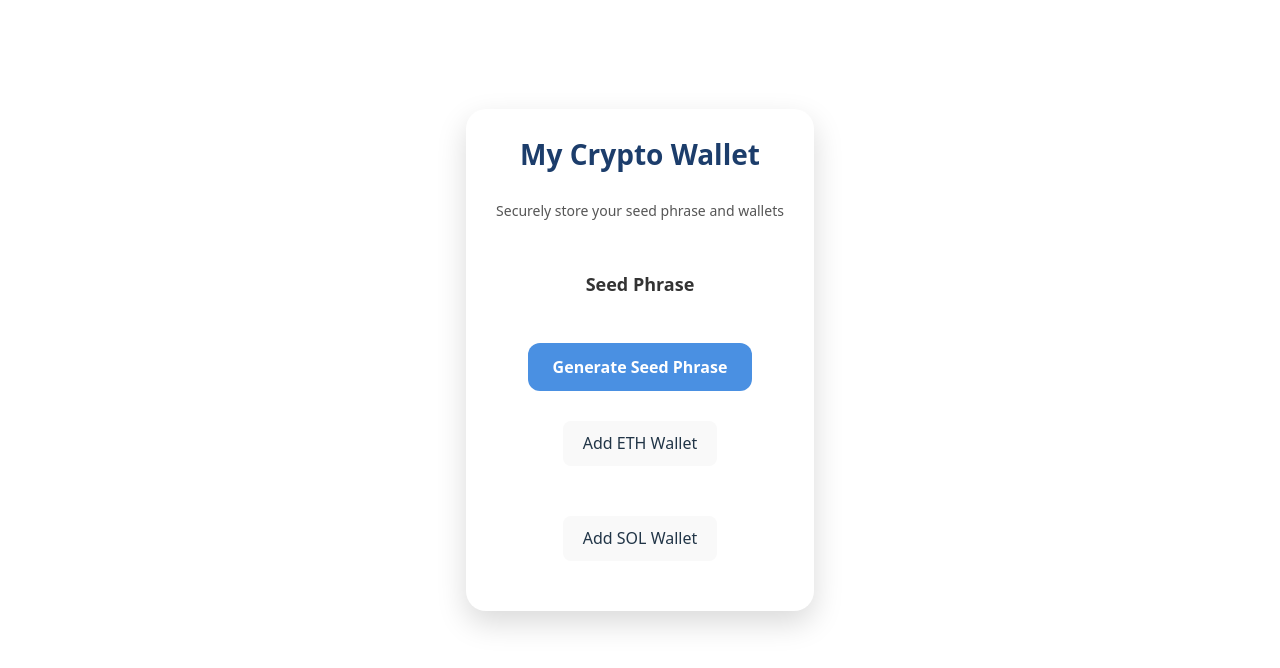
Repository: nishantsingh02/web-based-wallet-web-3
Page: /
An editor plug-in stored every save of this project. The page is shown before and after the next save, followed by the edit.
The browser window is 1280 px wide. The pictures show the whole page.
The project was rebuilt for these pictures with package versions that can differ from the ones it lists, and the page was loaded fresh each time. Also part of the build but not shown: vite.config.ts.

Above is the page before, as saved 2025-10-07 02:08:10.

After the next save:
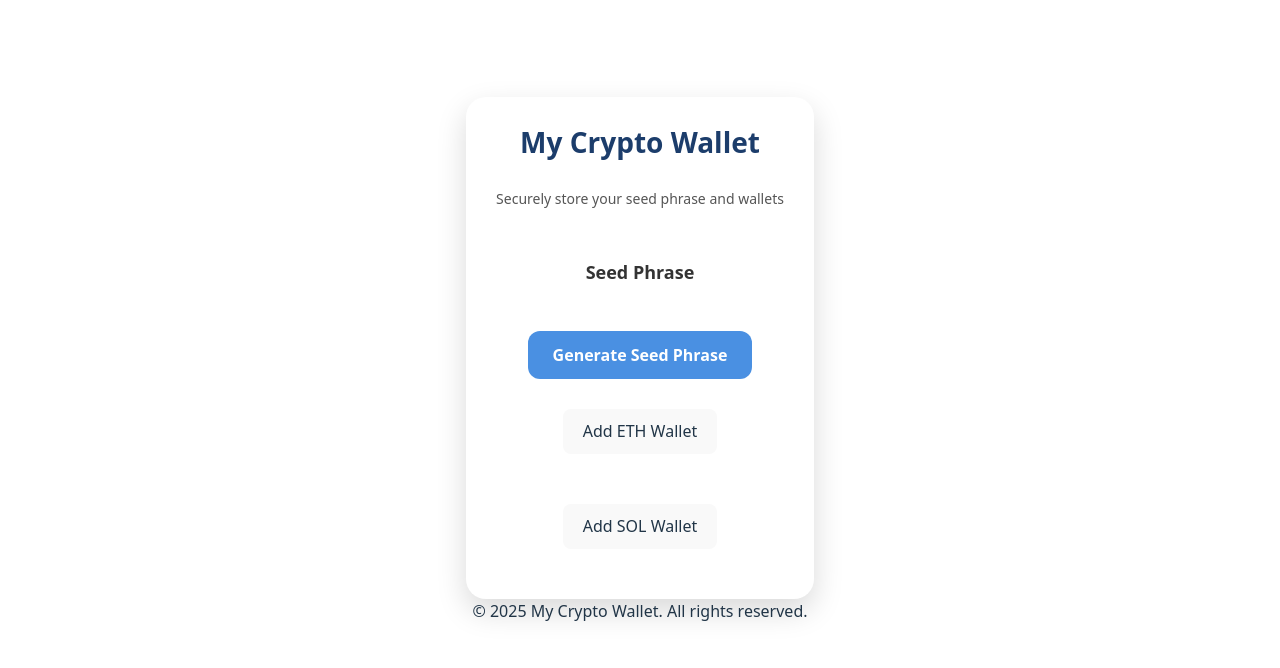
Saved 44 s later.
--- a/src/App.tsx
+++ b/src/App.tsx
@@ -55,6 +55,11 @@ function App() {
         <SOL_wallet mnemonic= {mnemonic} />
       </div>
 
+      <div class="app-footer">
+  <p>© 2025 My Crypto Wallet. All rights reserved.</p>
+</div>
+
+
     </div>
   );
 }
